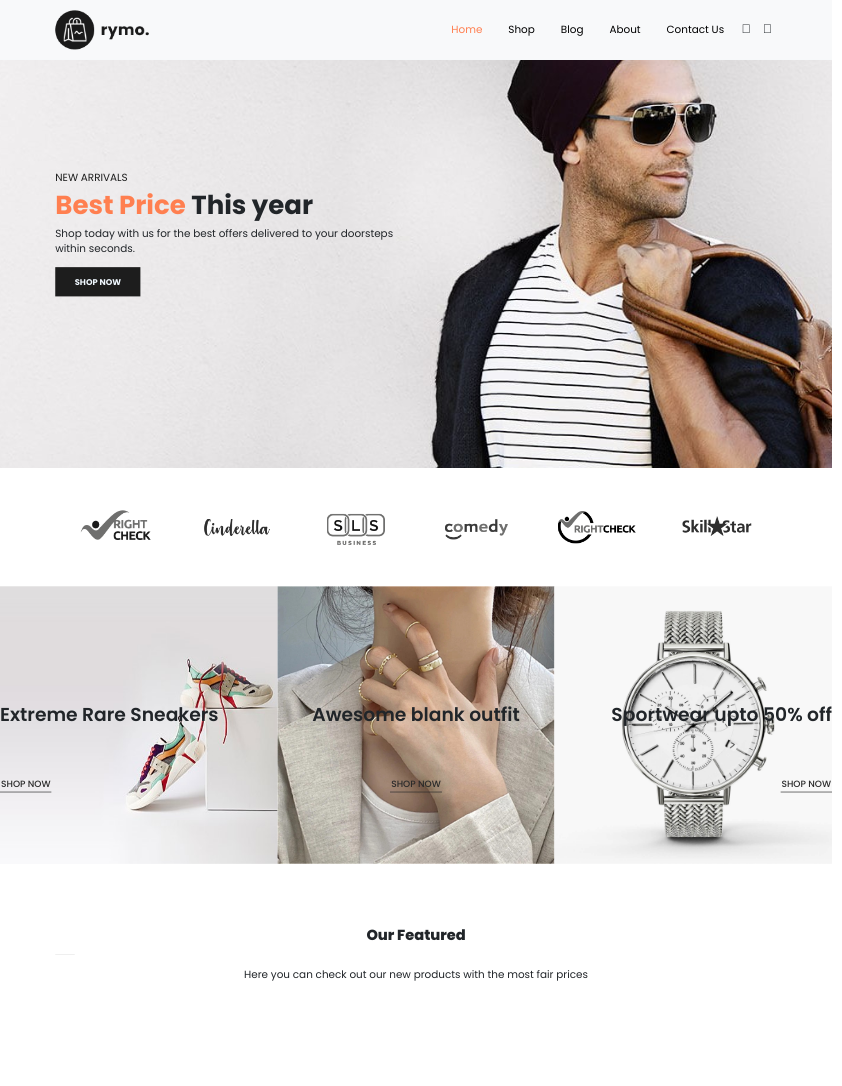
Repository: peter417waweru/e-commerce-UI
Page: index.html
These files come from the project's save history. The page is drawn as it stood at one moment and after the next save; the edit follows.
The browser window is 1280 px wide. The page is 1280 px wide, then 1295 px, so the pictures cover 1295 px, including what lies to the right of the window. The pictures show the whole page, at 65% of full size.
Some web libraries are served in a nearby version.

Above is the page before, as saved 2025-02-07 22:49:14.

After the next save:
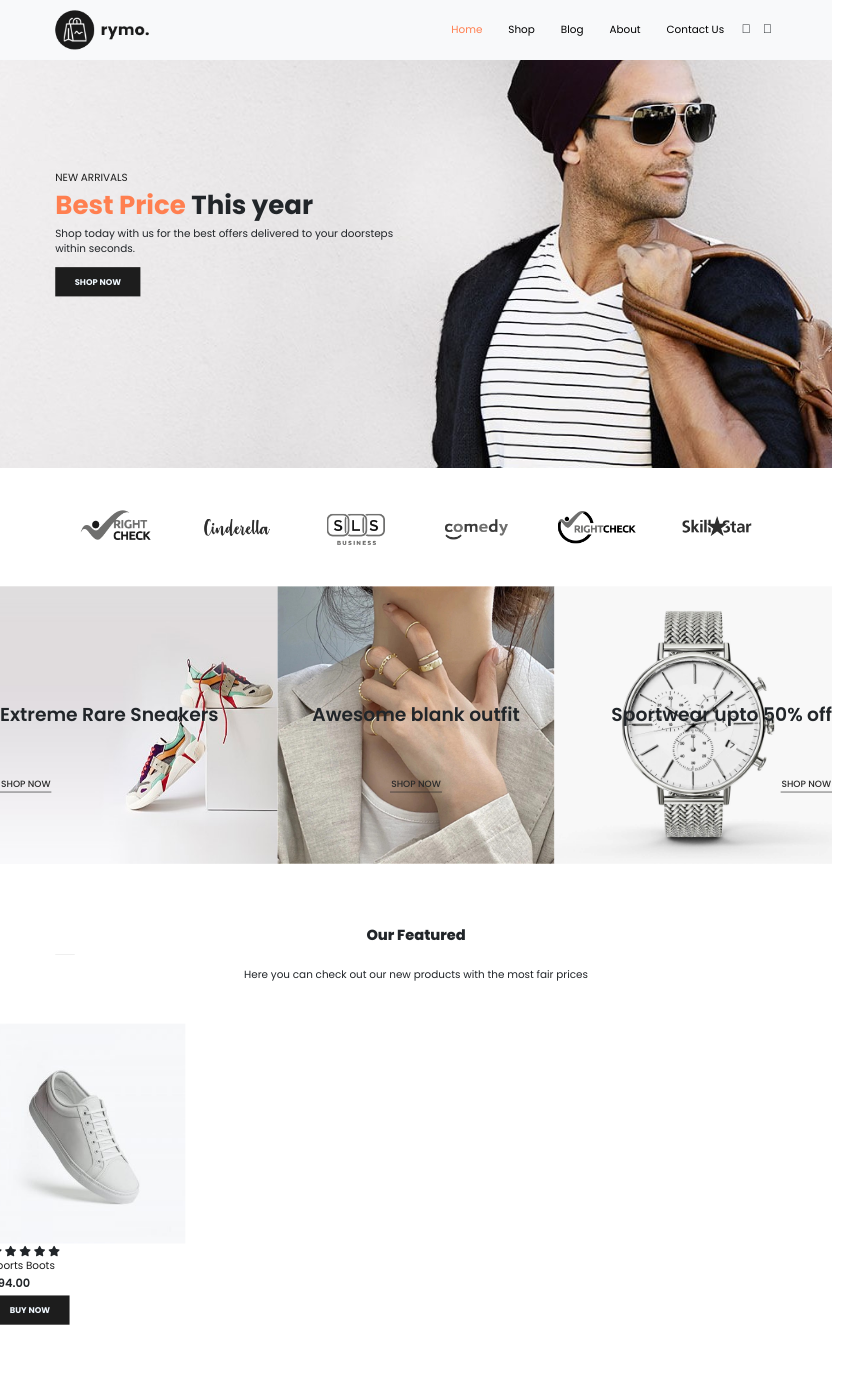
Saved 7 min 1 s later.
--- a/index.html
+++ b/index.html
@@ -107,6 +107,21 @@
             <hr>
             <p>Here you can check out our new products with the most fair prices</p>
           </div>
+          <div class="row">
+            <div class="product">
+              <img src="img/featured/1.jpg" alt="">
+              <div class="star">
+                <i class="fas fa-star"></i>
+                <i class="fas fa-star"></i>
+                <i class="fas fa-star"></i>
+                <i class="fas fa-star"></i>
+                <i class="fas fa-star"></i>
+              </div>
+              <h5 class="p-name">Sports Boots</h5>
+              <h4 class="p-price">$94.00</h4>
+              <button class="buy-btn">Buy Now</button>
+            </div>
+          </div>
         </section>
 
 
